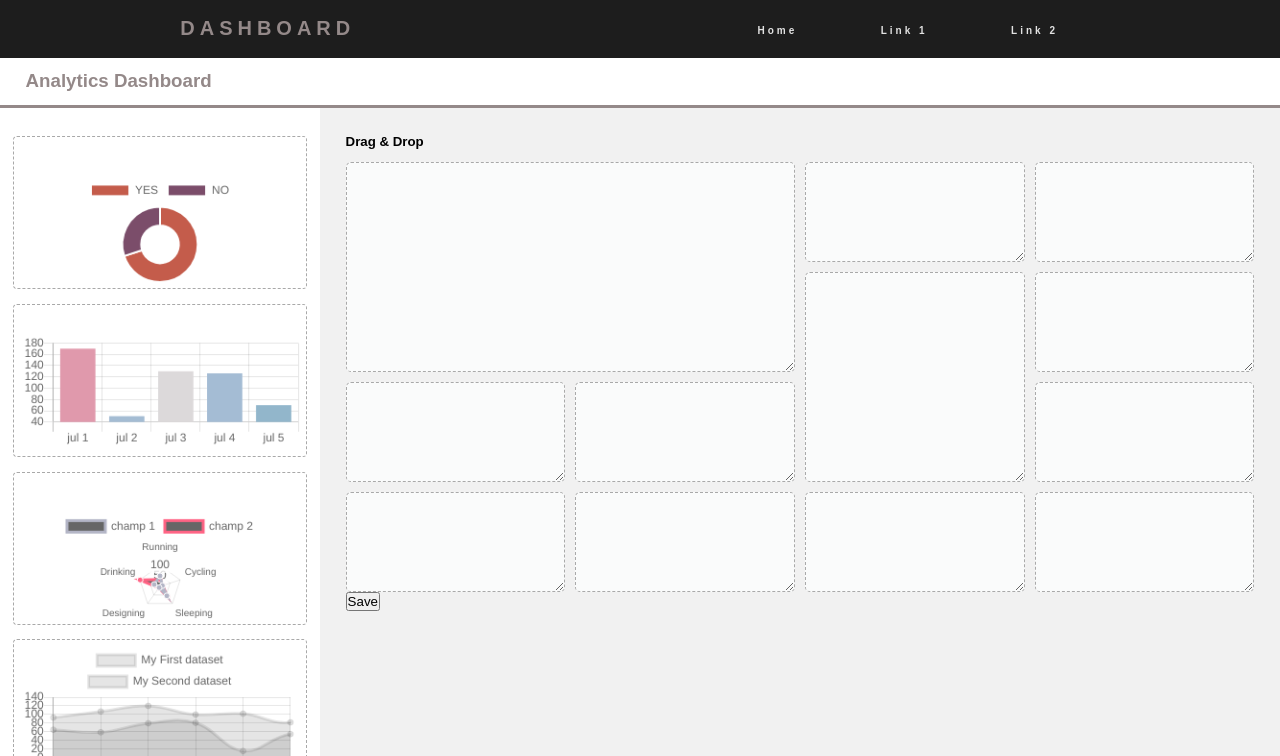
Repository: nourabdelhakam/drag-drop
Page: index.html
The author's editor kept a copy of each file at every save. The page is drawn from the files as they stood at one save, then again after the next save.
The browser window is 1280 px wide. The pictures show the whole page.
Some web libraries are served in a nearby version.

Above is the page before, as saved 2020-07-05 06:33:29.

After the next save:
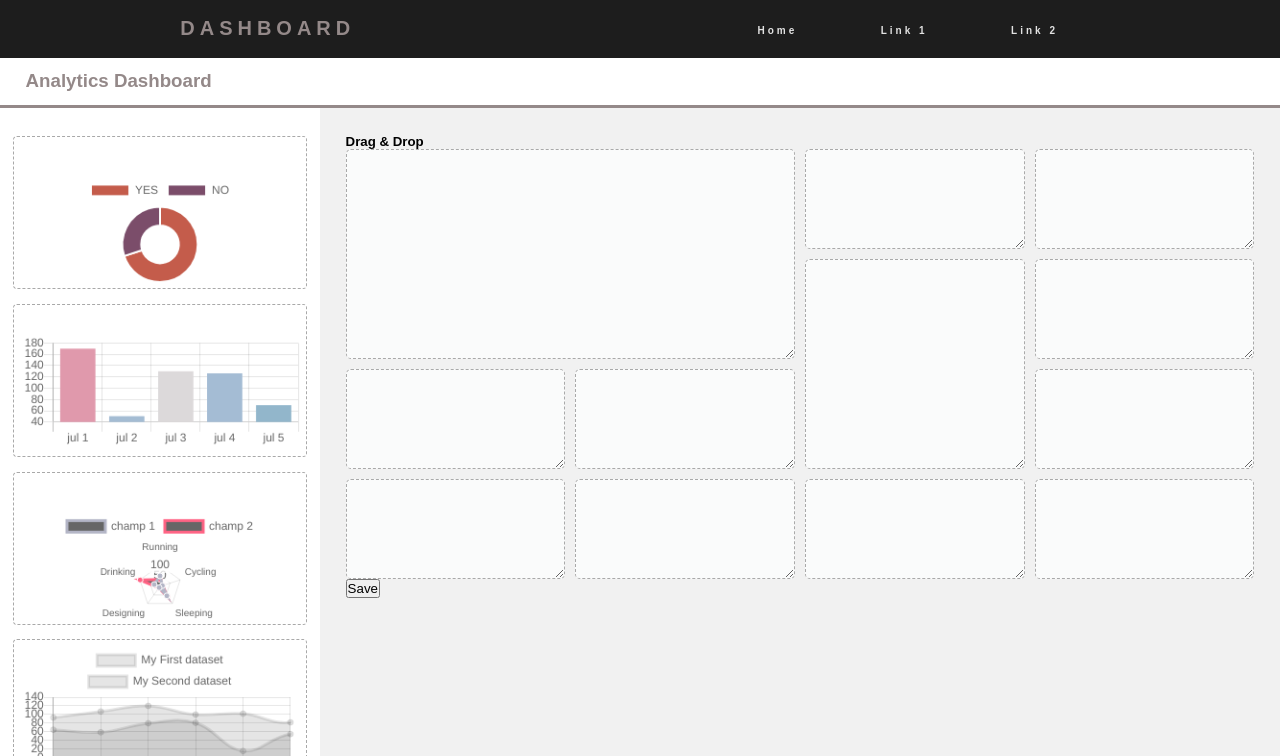
Saved 14 s later.
--- a/css/main.css
+++ b/css/main.css
@@ -12,9 +12,7 @@ h3, h4, a {
 h3 {
     padding: 1% 2%;
 }
-h5 {
-    margin-bottom: 1em;
-}
+
 .container {
     border-top: 3px solid rgb(148, 137, 137);
 }
